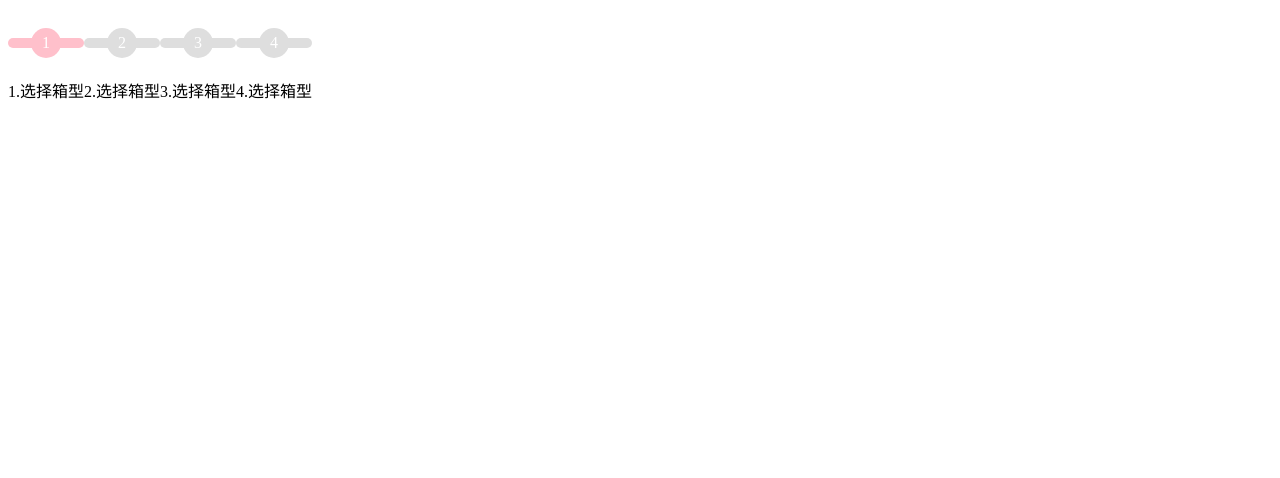
Repository: Ajxvud/jnshu
Page: 无用文件/useless.html
An editor plug-in stored every save of this project. The page is shown before and after the next save, followed by the edit.
The browser window is 1280 px wide. The pictures show the whole page.

Above is the page before, as saved 2021-03-22 16:45:47.

After the next save:
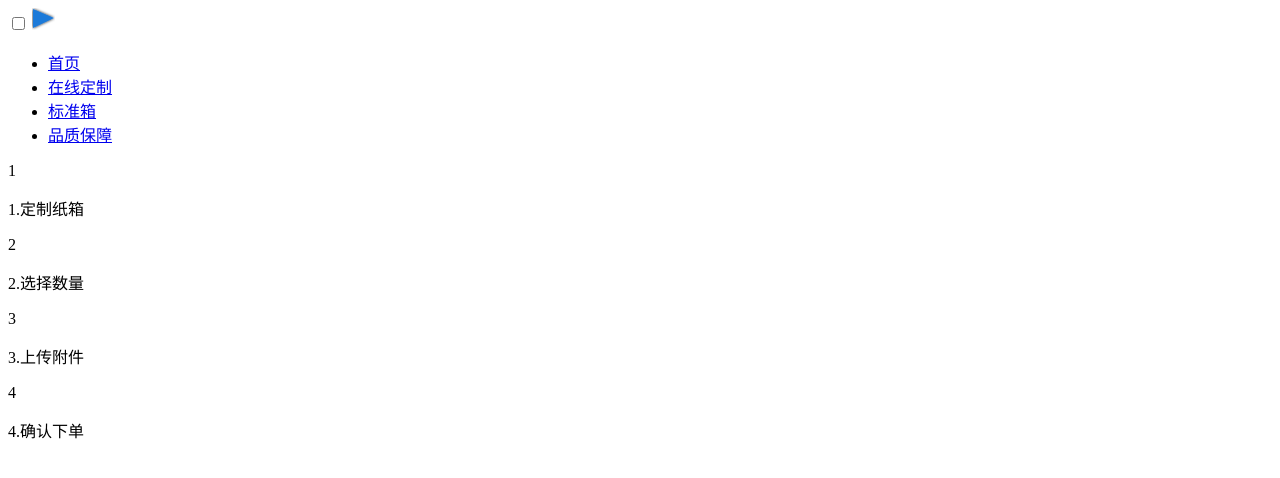
Saved 2 min 48 s later.
--- a/无用文件/useless.html
+++ b/无用文件/useless.html
@@ -1,30 +1,50 @@
-<link rel="stylesheet" href="./useless.css">
-
-<div class="container">
-    <div class="row flowchart">
-        <div class="col-xs-3 col-md-1 section section-1 ">
-
-                <div class="line">1</div>
-                <div class="menu">1.选择箱型</div>
-
+<nav class="nav">
+        <input type="checkbox" id="nav-toggle" class="nav-toggle">
+        <label for="nav-toggle">
+            <svg xmlns="http://www.w3.org/2000/svg" width="23" height="22">
+                <defs>
+                    <filter id="shadow">
+                        <feDropShadow dx="0" dy="0" stdDeviation="1.6">
+                    </filter>
+                </defs>
+                <polygon points="1,1 22,10 1,20 1,1" fill="#1d7ad9" filter="url(#shadow)"></polygon>
+            </svg>
+        </label>
+        <ul class="nav-list">
+            <li>
+                <a href="#">首页</a>
+            </li>
+            <li>
+                <a href="#">在线定制</a>
+            </li>
+            <li>
+                <a href="#">标准箱</a>
+            </li>
+            <li>
+                <a href="#">品质保障</a>
+            </li>
+        </ul>
+    </nav>
+    <main class="main">
+        <div class="step-box">
+            <div class="step">
+                <div class="circle" id="box-circle">1</div>
+                <div class="line" id="box-line"></div>
+                <p id="step-one">1.定制纸箱</p>
+            </div>
+            <div class="step">
+                <div class="circle" id="size-circle">2</div>
+                <div class="line" id="size-line"></div>
+                <p id="step-two">2.选择数量</p>
+            </div>
+            <div class="step">
+                <div class="circle" id="material-circle">3</div>
+                <div class="line" id="material-line"></div>
+                <p id="step-three">3.上传附件</p>
+            </div>
+            <div class="step">
+                <div class="circle">4</div>
+                <div class="line"></div>
+                <p>4.确认下单</p>
+            </div>
         </div>
-        <div class="col-xs-3 col-md-1  section section-2">
-
-                <div class="line">2</div>
-                <div class="menu">2.选择箱型</div>
-
-        </div>
-        <div class=" col-xs-3 col-md-1 section section-3">
-
-                <div class="line">3</div>
-                <div class="menu">3.选择箱型</div>
-
-        </div>
-        <div class="col-xs-3 col-md-1 section section-4">
-
-                <div class="line">4</div>
-            <div class="menu">4.选择箱型</div>
-
-        </div>
-    </div>
-</div>
